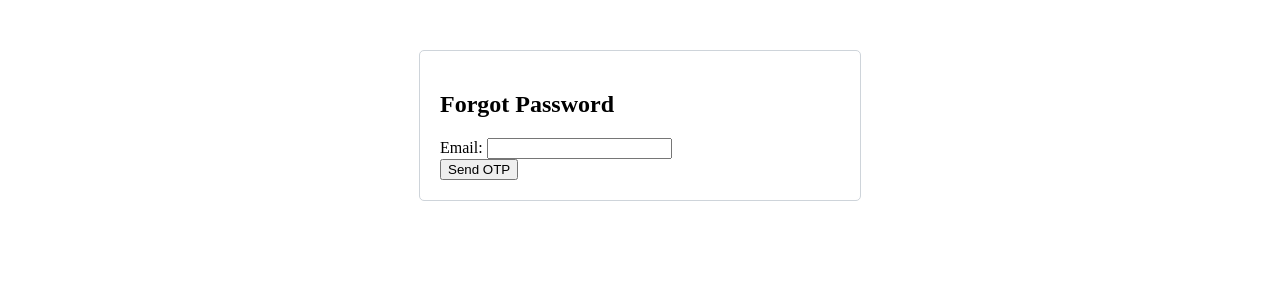
Repository: thatipallyvinod/AdvanceJava
Page: Gaming Project/src/main/webapp/psw.html
The author's editor kept a copy of each file at every save. The page is drawn from the files as they stood at one save, then again after the next save.
The browser window is 1280 px wide. The pictures show the whole page.

Above is the page before, as saved 2024-03-18 16:26:50.

### Gaming Project/src/main/webapp/psw.html
<!DOCTYPE html>
<html lang="en">
<head>
    <meta charset="UTF-8">
    <meta name="viewport" content="width=device-width, initial-scale=1.0">
    <title>Forgot Password</title>
    <style>
        .container {
            max-width: 400px;
            margin: auto;
            padding: 20px;
            border: 1px solid #ced4da;
            border-radius: 5px;
            background-color: #ffffff;
            margin-top: 50px;
        }
    </style>
</head>
<body>
    <div class="container">
        <h2 class="text-center mb-4">Forgot Password</h2>
        <form id="forgot-password-form" onsubmit="return sendOTP()">
            <div class="form-group">
                <label for="email">Email:</label>
                <input type="email" class="form-control" id="email" required>
            </div>
            <button type="submit" class="btn btn-primary btn-block">Send OTP</button>
        </form>
    </div>

    <script>
        function sendOTP() {
            var email = document.getElementById('email').value;
            var OTP = generateOTP();
            // Simulate sending OTP via email (replace this with actual email sending logic)
            console.log("OTP sent to " + email + ": " + OTP);
            // Redirect to OTP verification page or display OTP input field
            return false; // Prevent form submission
        }

        function generateOTP() {
            var numbers = '0123456789';
            var OTP = '';
            for (var i = 0; i < 6; i++) {
                OTP += numbers[Math.floor(Math.random() * 10)];
            }
            return OTP;
        }
    </script>
</body>
</html>

After the next save:
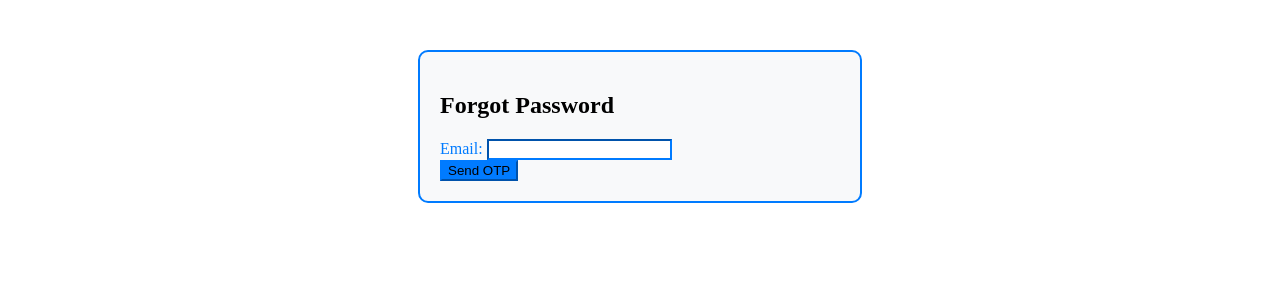
Saved 101 s later.
--- a/Gaming Project/src/main/webapp/psw.html
+++ b/Gaming Project/src/main/webapp/psw.html
@@ -9,10 +9,28 @@
             max-width: 400px;
             margin: auto;
             padding: 20px;
-            border: 1px solid #ced4da;
-            border-radius: 5px;
-            background-color: #ffffff;
+            border: 2px solid #007bff; /* Blue border */
+            border-radius: 10px;
+            background-color: #f8f9fa; /* Light gray background */
             margin-top: 50px;
+        }
+
+        .form-group label {
+            color: #007bff; /* Blue text color */
+        }
+
+        .form-control {
+            border-color: #007bff; /* Blue border for input fields */
+        }
+
+        .btn-primary {
+            background-color: #007bff; /* Blue button background */
+            border-color: #007bff; /* Blue button border */
+        }
+
+        .btn-primary:hover {
+            background-color: #0056b3; /* Darker blue on hover */
+            border-color: #0056b3;
         }
     </style>
 </head>
@@ -33,7 +51,7 @@
             var email = document.getElementById('email').value;
             var OTP = generateOTP();
             // Simulate sending OTP via email (replace this with actual email sending logic)
-            console.log("OTP sent to " + email + ": " + OTP);
+            alert("An OTP has been sent to " + email + ". Please check your email."); // Alert message
             // Redirect to OTP verification page or display OTP input field
             return false; // Prevent form submission
         }
